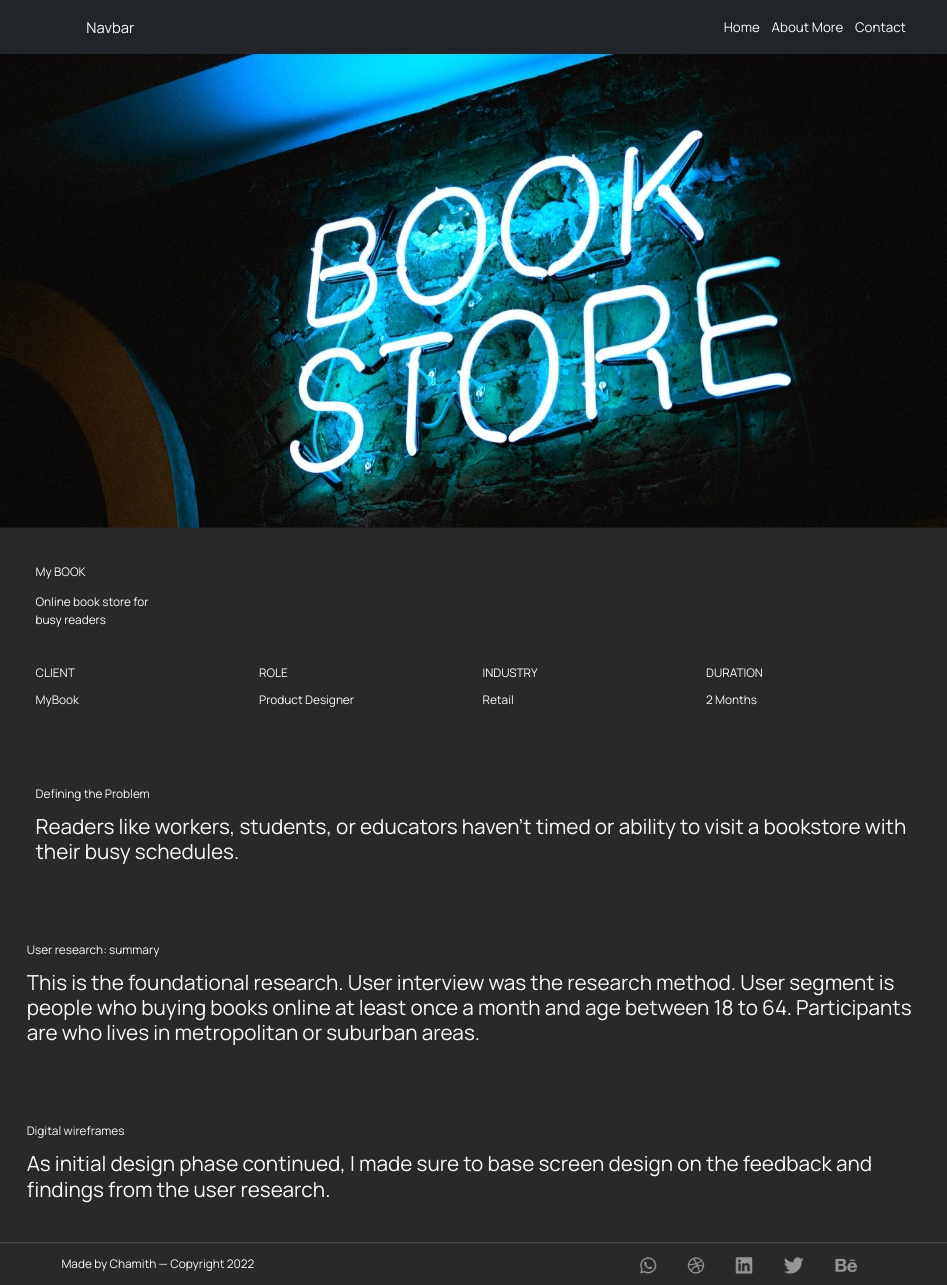
Repository: Realchamithweb/chamith-html
Page: work.html
An editor plug-in stored every save of this project. The page is shown before and after a run of saves, followed by the edit.
The browser window is 1280 px wide. The pictures show the whole page, at 74% of full size.

Above is the page before, as saved 2023-01-24 07:24:18.

After the next 3 saves:
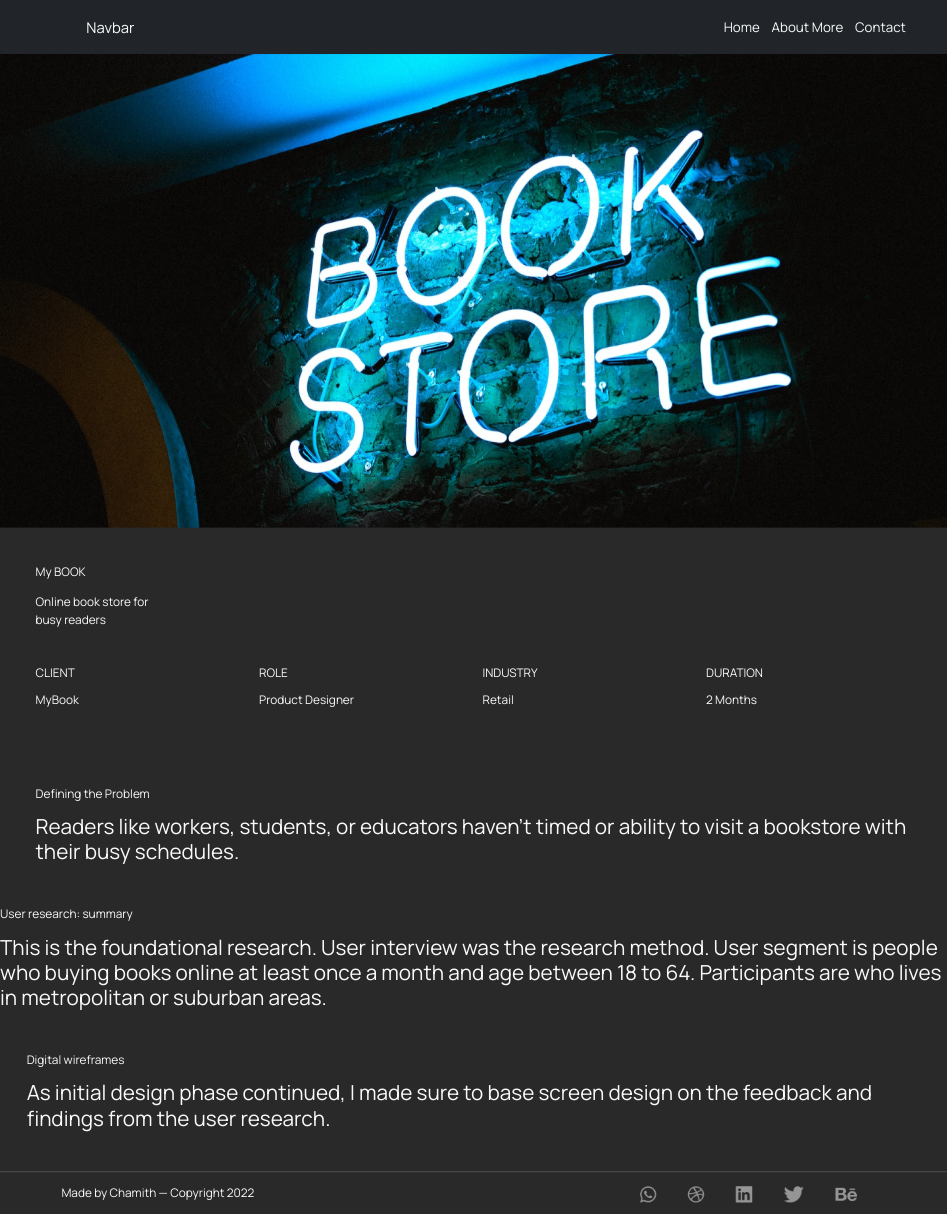
The 3 saves are shown as one change because they came seconds apart.
The last was saved 11 s later.
--- a/work.html
+++ b/work.html
@@ -78,7 +78,7 @@
             </section>
             <section>
                 <div class="row">
-                    <div class="col-lg-12 text-light p-5">
+                    <div class="col-lg-12 text-light">
                         <p>User research: summary</p>
                         <h3>This is the foundational research. User interview was the research method. User segment is people who buying books online at least once a month and age between 18 to 64. Participants are who lives in metropolitan or suburban areas.</h3>
                     </div>
